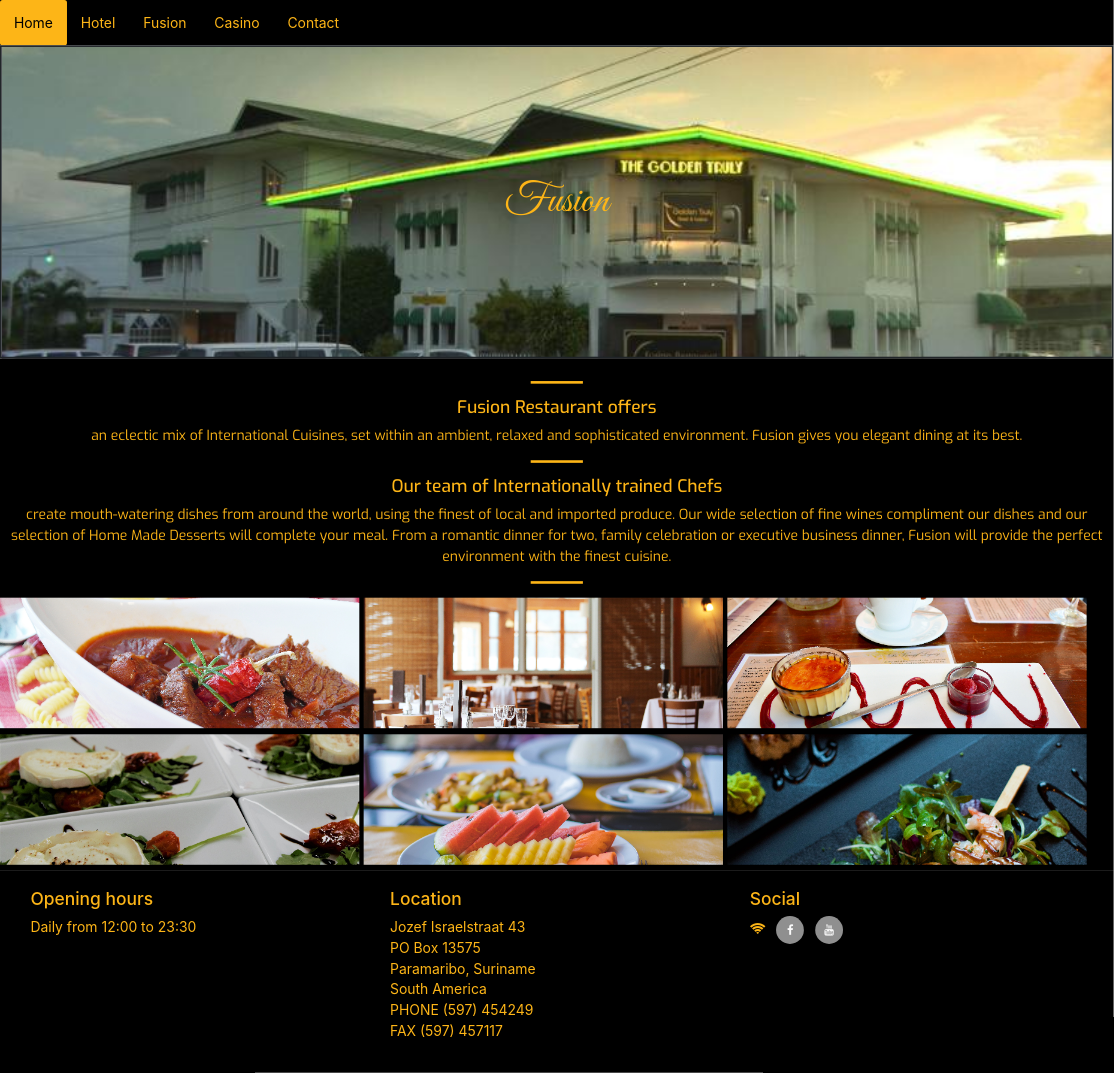
Repository: Code-Institute-Submissions/anthonycaf-Milestone1
Page: fusion.html
The author's editor kept a record of every edit. The page is drawn from the files as they stood at one moment, then again after the next edit.
The browser window is 1280 px wide. The pictures show the whole page, at 87% of full size.

Above is the page before.

### fusion.html
<!DOCTYPE html>
<html lang="en">

<head>
 <meta charset="UTF-8">
 <meta name="viewport" content="width=device-width, initial-scale=1.0">
 <meta http-equiv="X-UA-Compatible" content="ie=edge">
 <!--             links/bootstrap/fontawsome    -->
 <link rel="stylesheet" href="https://stackpath.bootstrapcdn.com/font-awesome/4.7.0/css/font-awesome.min.css" type="text/css" />
 <link rel="stylesheet" href="https://stackpath.bootstrapcdn.com/bootstrap/4.3.1/css/bootstrap.min.css" type="text/css" />
 <!--             main/css                      -->
 <link rel="stylesheet" href="./css/style.css" type="text/css" />
 <title>Golden Truly Hotel</title>
</head>

<body>
 <header>
  <ul Id="nav-bar">
   <li class="nav-bar-item"><a class="nav-link-item" href="index.html">Home</a></li>
   <li class="nav-bar-item"><a class="nav-link-item" href="hotel.html">Hotel</a></li>
   <li class="nav-bar-item"><a class="nav-link-item" href="fusion.html">Fusion</a></li>
   <li class="nav-bar-item"><a class="nav-link-item" href="casino.html">Casino</a></li>
   <li class="nav-bar-item"><a class="nav-link-item" href="contact.html">Contact</a></li>
  </ul>
  <div class="bg-image-title">
   <a href="index.html" class="img"></a>
   <h1 id="title">Fusion</h1>
  </div>
 </header>
 <main>
  <hr class="block-divider">
 <section class="section-fustion text-center">
     <h5>Fusion Restaurant offers</h5>an eclectic mix of International Cuisines,
     set within an ambient, relaxed and  sophisticated environment.
     Fusion gives you elegant dining at its best.
     <hr class="block-divider">
     <h5>Our team of Internationally trained Chefs</h5>create mouth-watering dishes from around the world,
     using the finest of local and imported produce. Our wide selection of
     fine wines compliment our dishes and our selection of Home Made Desserts
     will complete your meal. From a romantic dinner for two, family celebration
     or executive business dinner,
     Fusion will provide the perfect environment with the finest cuisine.
      <hr class="block-divider">
 </section>
 <section class="images">
   <div class="bg-food col-4 bg-food-img1 ">
     <a href="index.html"></a></div>
    <div class="bg-food col-4 bg-food-img4"><a href="index.html"></a></div>
      <div class="bg-food col-4 bg-food-img2"><a href="index.html"></a></div>
     <div class="bg-food col-4 bg-food-img6"><a href="index.html"></a></div>
     <div class="bg-food col-4 bg-food-img5"><a href="index.html"></a></div>
    <div class="bg-food col-4 bg-food-img3"><a href="index.html"></a></div>
 </section>
 </main>
 <footer class="container-fluid">
  <div id="footer-details" class="row">
   <div class="col-sm-4">
    <h5 class="uppercase general-sub">Opening hours</h5>
    <p class="inline-block">
   Daily from 12:00 to 23:30
    </p>
   </div>
   <div class="col-sm-4">
    <h5 class="uppercase general-sub">Location</h5>
    <p class="inline-block">Jozef Israelstraat 43<br> PO Box 13575<br> Paramaribo, Suriname<br> South America<br> PHONE (597) 454249<br> FAX (597) 457117
    </p>

   </div>
   <div class="col-sm-4">
    <h5 class="uppercase general-sub">Social</h5>
    <ul class="list-inline social-links">
     <li class="list-inline-item">
          <i class="fa fa-wifi" aria-hidden="true"></i>
          <span class="sr-only">wifi</span>
     </li>
     <li class="list-inline-item">
      <a href="https://www.facebook.com/FusionParamariboSuriname/" target="_blank">
          <i class="fa fa-facebook" aria-hidden="true"></i>
          <span class="sr-only">facebook</span>
         </a>
     </li>

     <li class="list-inline-item">
      <a href="https://youtu.be/yjYsTbYetro" target="_blank">
          <i class="fa fa-youtube" aria-hidden="true"></i>
          <span class="sr-only">youtube</span>
         </a>
     </li>
    </ul>
   </div>
  </div>
 </footer>


</body>

</html>

### css/style.css
 /*------------google-fonts----------*/

 @import url('https://fonts.googleapis.com/css?family=Exo:100,200,300,400,500,600,700|Great+Vibes&display=swap:100,200,300,400,500,600,700');

 body {
  margin: 0;
 }

 /*------------- images --------------*/

 .master-img1 {
  background-image: url(../images/master1.jpg);
 }

 .master-img2 {
  background-image: url(../images/housekeeping.jpg);
 }

 .master-img3 {
  background-image: url(../images/design-lobby-ceiling.jpg);
 }

 .suite-img1 {
  background-image: url(../images/suit1.jpg);
 }

 .suite-img2 {
  background-image: url(../images/suite2.jpg);
 }

 .suite-img3 {
  background-image: url(../images/suite3.jpg);
 }

 .bg-image-title {
  background: url("../images/golden-truly-hotel.jpg");
 }
 /*-------------------food-images -----------*/
 .bg-food-img1 {
  background-image: url("../images/beef-bowl.jpg");
 }
 .bg-food-img2 {
  background-image: url("../images/close-up-coffee.jpg");
 }
.bg-food-img3 {
  background-image: url("../images/close-up-cuisine.jpg");
 }
.bg-food-img4 {
  background-image: url("../images/chairs-coffee-shop.jpg");
 }
.bg-food-img5 {
  background-image: url("../images/cuisine-delicious.jpg");
 }
.bg-food-img6 {
  background-image: url("../images/cheese-cuisine.jpg");
 }
.bg-food-img7 {
  background-image: url("../images/brick-chair-table.jpg");
 }

.bg-food {
 display: inline-block;
 background-clip: border-box;
  background-position: center;
  background-repeat: no-repeat;
  background-size: cover;
  width: 32.3%;
  height: 150px;
}

 /*------------main----------*/

 main {
  font-family: "Exo", sans-serif;
  font-size: 1em;
  width: 100%;
  background-color: #000000;
  color: #fdb517;
  margin: 0 auto;
  padding-top: 10px;

 }

 .bg-image-title {
  background-clip: border-box;
  background-position: center;
  background-repeat: no-repeat;
  background-size: cover;
  transition: all .5s ease-in-out;
  -moz-transition: all .5s ease-in-out;
  -webkit-transition: all .5s ease-in-out;
  height: 360px;
  border: 2px solid;
 }

 #title {
  color: #fdb517;
  font-family: "Great Vibes", sans-serif;
  font-size: 3em;
  text-align: center;
  padding-top: 150px;
 }

 #welcome {
  color: #fdb517;
  font-family: "Great Vibes", sans-serif;
  font-size: 2.5em;

 }
.block-divider {
 width: 60px;
 height: 3px;
 border:0;
 background-color: #fdb517;
}
 .dl-list {
  max-width: 70%;
 }
/*------------ Section ------*/
 .section {
  padding-top: 10px;
  padding-bottom: 10px;
  margin: 0 auto;
  max-width: 70%;
 }
 .casino, .fusion {
  margin-bottom: 0;
 }


 /*-----------main nav-bar----------*/

 #nav-bar {
  width: 100vw;
  list-style-type: none;
  margin: 0;
  padding: 0;
  overflow: hidden;
  background-color: #000;
 }

 .nav-bar-item {
  float: left;
 }

 .nav-bar-item .nav-link-item {
  display: inline-block;
  color: #fdb517;
  text-align: center;
  padding: 8px 8px;
  text-decoration: none;
 }

 .nav-bar-item .nav-link-item:hover {
  background-color: #fdb517;
  color: #000000;
  border-radius: 3px;
  transition: all .8s ease-in-out;
 }

 .nav-bar-item {
  display: inline-block;
 }


 dd {
  color: #fafafa;
 }

 .room-services-item {
  margin-bottom: 0px;
  border-bottom-width: 20px;
  padding-bottom: 40px;
 }

 /*----------------iframe -----------*/

 iframe {
  width: 100%;
  height: 360px;
  border: none;
  margin: 0;
 }

 /*-----------main footer----------*/

 .container-fluid {
  background-color: #000000;
  color: #fdb517;

 }

 footer {
  background-color: #525252;
  color: #fafafa;
  min-height: 120px;
  margin: 0;
  padding: 0;
 }

 .social-links {
  padding-bottom: 15px;
 }

 .social-links li a i {
  width: 32px;
  height: 32px;
  padding: 12px 0;
  border-radius: 50%;
  font-size: 13px;
  line-height: 7px;
  text-align: center;
  color: #fafafa;
  background-color: #8f8f8f;
  transition: all 0.35s ease-in-out;
  -moz-transition: all 0.35s ease-in-out;
  -webkit-transition: all 0.35s ease-in-out;
  -o-transition: all 0.35s ease-in-out;
 }

 .social-links li a i:hover {
  background: #fdb517;
 }

 #footer-details {
  padding: 20px;
 }

 /*-----------hotel.html----------*/

 .bg-img-size {

  background-clip: border-box;
  background-position: center;
  background-repeat: no-repeat;
  background-size: cover;
  width: 33.3%;
  height: 150px;
 }


 /*----------- contact.html/form --------*/

 .contact-heading,
 .contact-thanks {
  font-family: "Great Vibes", sans-serif;
  font-weight: 300;
  margin-top: 25px;
  margin-bottom: 20px;

 }

 form {
  padding-top: 10px;
  margin: 0 auto;
  max-width: 70%;
 }

 button[type="submit"] {
  margin-top: 15px;
  margin-bottom: 20px;
  color: #fdb517;
  background-color: #000000;

 }

 /*-------------------------------------Media queries*/

 @media(min-width: 992px) {
  .center-form {
   padding-top: 30px;
   min-height: 240px;
   margin: 0 auto;
   max-width: 50%;
  }
  .section {
   padding-top: 30px;
   padding-bottom: 30px;
   margin: 0 auto;
   max-width: 70%;
  }
  .dl-list {
   max-width: 70%;
  }
  .nav-bar-item .nav-link-item {
   padding: 14px 16px;
  }
 }

After the next edit:
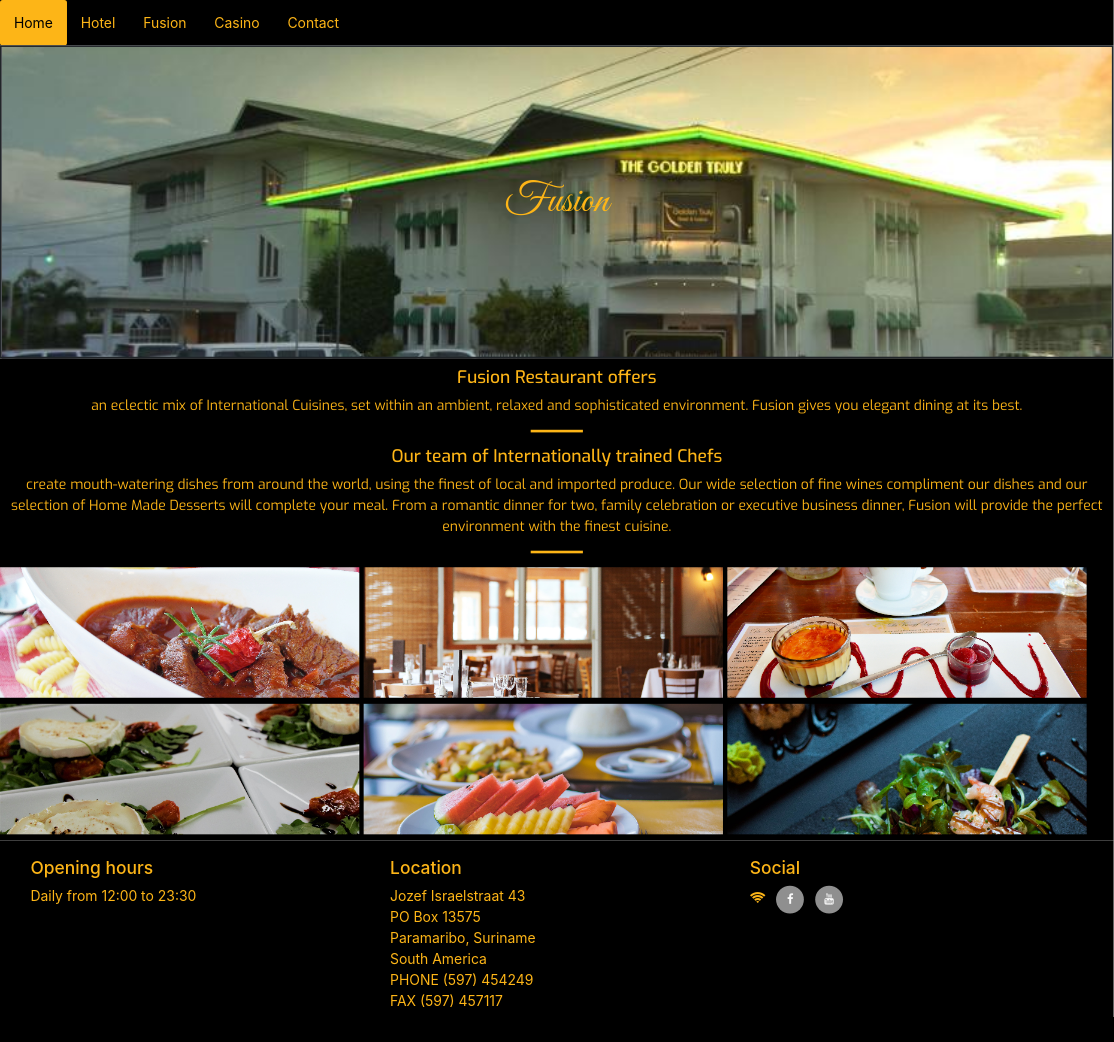
The edit:
--- a/fusion.html
+++ b/fusion.html
@@ -28,7 +28,6 @@
   </div>
  </header>
  <main>
-  <hr class="block-divider">
  <section class="section-fustion text-center">
      <h5>Fusion Restaurant offers</h5>an eclectic mix of International Cuisines,
      set within an ambient, relaxed and  sophisticated environment.
